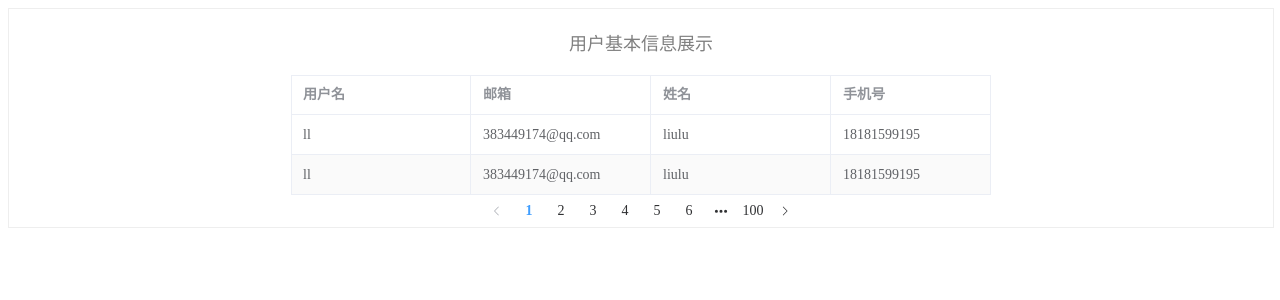
Repository: Mickey1216/yzkj_login_demo
Page: /list
The author's editor kept a copy of each file at every save. The page is drawn from the files as they stood at one save, then again after the next save.
The browser window is 1280 px wide. The pictures show the whole page.
The project was rebuilt for these pictures with package versions that can differ from the ones it lists, and the page was loaded fresh each time. Also part of the build but not shown: vite.config.js, src/api/request.js, src/views/Register.vue.

Above is the page before, as saved 2023-07-04 16:51:25.

After the next save:
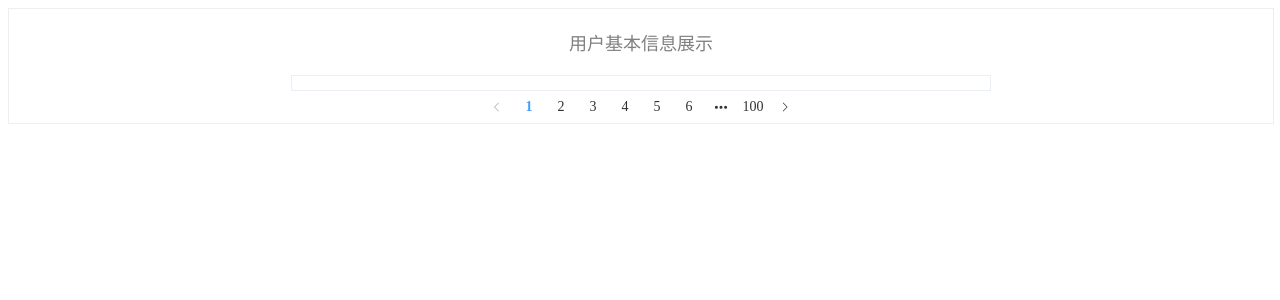
Console error: TypeError: hook is not a function
Saved 5 s later.
--- a/src/views/List.vue
+++ b/src/views/List.vue
@@ -14,7 +14,7 @@
 <script setup>
 import { reactive, onMounted } from 'vue'
 
-
+onMounted()
 
 const userInfoList = [
   {

After the save that followed:
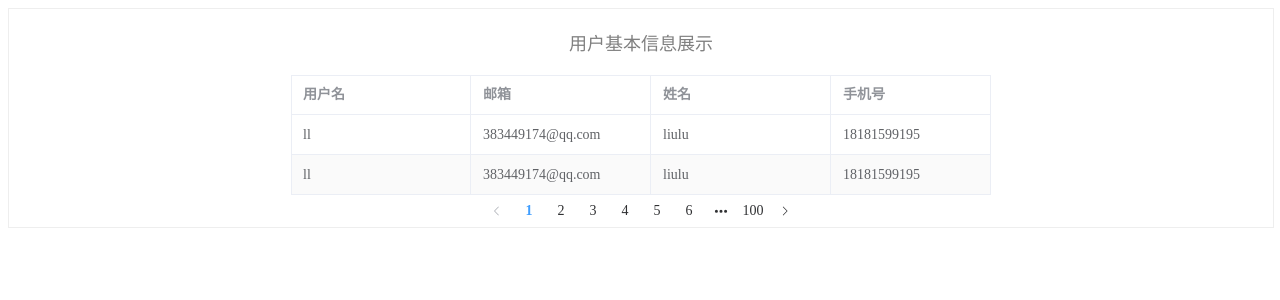
The error is gone.
Saved 8 s later.
--- a/src/views/List.vue
+++ b/src/views/List.vue
@@ -14,7 +14,9 @@
 <script setup>
 import { reactive, onMounted } from 'vue'
 
-onMounted()
+onMounted(() => {
+
+})
 
 const userInfoList = [
   {
